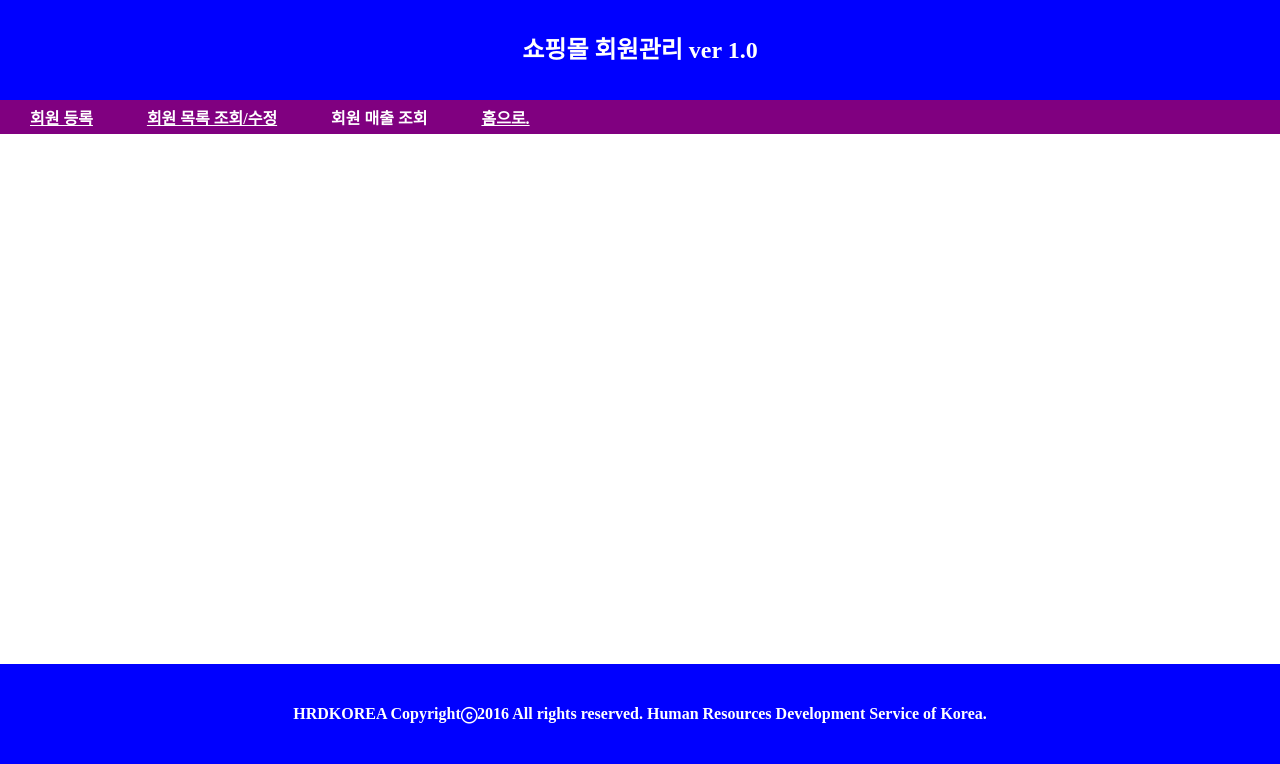
Repository: brightjy/Today-what-I-practiced
Page: http://localhost/HRD_900108/member/memberList.jsp
The author's editor kept a copy of each file at every save. The page is drawn from the files as they stood at one save, then again after the next save.
The browser window is 1280 px wide. The pictures show the whole page.
The page is served by Tomcat 9.

Above is the page before, as saved 2020-05-09 17:13:54.

### hrdkorea_0509/HRD_900108/WebContent/member/memberList.jsp
<%@ page language="java" contentType="text/html; charset=UTF-8"
    pageEncoding="UTF-8"%>
<!DOCTYPE html>
<html>
<head>
<meta charset="UTF-8">
<title>Insert title here</title>
<style>
	caption{
		font-weight:bold;
	}
	td{
		padding:5px 0;
	}
	.lastRow{
		text-align:center;
	}
</style>
</head>
<body>
<jsp:include page="../main/header.jsp"/>
<section>

</section>
<jsp:include page="../main/footer.jsp"/>
</body>
</html>

### hrdkorea_0509/HRD_900108/WebContent/main/header.jsp
<%@ page language="java" contentType="text/html; charset=UTF-8"
    pageEncoding="UTF-8"%>
<!DOCTYPE html>
<html>
<head>
<meta charset="UTF-8">
<title>Insert title here</title>
<style>
	*{
		margin:0 auto;
	}
	header{
		height:100px;
		background-color:blue;
	}
	header h2{
		text-align:center;
		line-height:100px;
		color:white;
	}
	nav{
		background-color:purple;
		padding:5px 0 5px 30px;
	}
	nav a{
		color: white;
		font-weight:bold;
		padding-right:50px;
	}
	section{
		padding: 30px 0 0 20px;
		height:500px;
	}
	section h3{
		text-align:center;
		margin-bottom:20px;
	}
	footer{
		height:100px;
		background-color:blue;
	}
	footer h4{
		text-align:center;
		line-height:100px;
		color:white;
	}
</style>
</head>
<body>
	<header>
		<h2>쇼핑몰 회원관리 ver 1.0</h2>
	</header>
	<nav>
		<a href="memberReigsterView.do">회원 등록</a>
		<a href="memberList.do">회원 목록 조회/수정</a>
		<a>회원 매출 조회</a>
		<a href="main.do">홈으로.</a>
	</nav>
</body>
</html>

### hrdkorea_0509/HRD_900108/WebContent/main/footer.jsp
<%@ page language="java" contentType="text/html; charset=UTF-8"
    pageEncoding="UTF-8"%>
<!DOCTYPE html>
<html>
<head>
<meta charset="UTF-8">
<title>Insert title here</title>
<style>
	*{
		margin:0 auto;
	}
	header{
		height:100px;
		background-color:blue;
	}
	header h2{
		text-align:center;
		line-height:100px;
		color:white;
	}
	nav{
		background-color:purple;
		padding:5px 0 5px 30px;
	}
	nav a{
		color: white;
		font-weight:bold;
		padding-right:50px;
	}
	section{
		padding: 30px 0 0 20px;
		height:500px;
	}
	section h3{
		text-align:center;
		margin-bottom:20px;
	}
	footer{
		height:100px;
		background-color:blue;
	}
	footer h4{
		text-align:center;
		line-height:100px;
		color:white;
	}
</style>
</head>
<body>
	<footer>
		<h4>HRDKOREA Copyrightⓒ2016 All rights reserved. Human Resources Development Service of Korea.</h4>
	</footer>
</body>
</html>

After the next save:
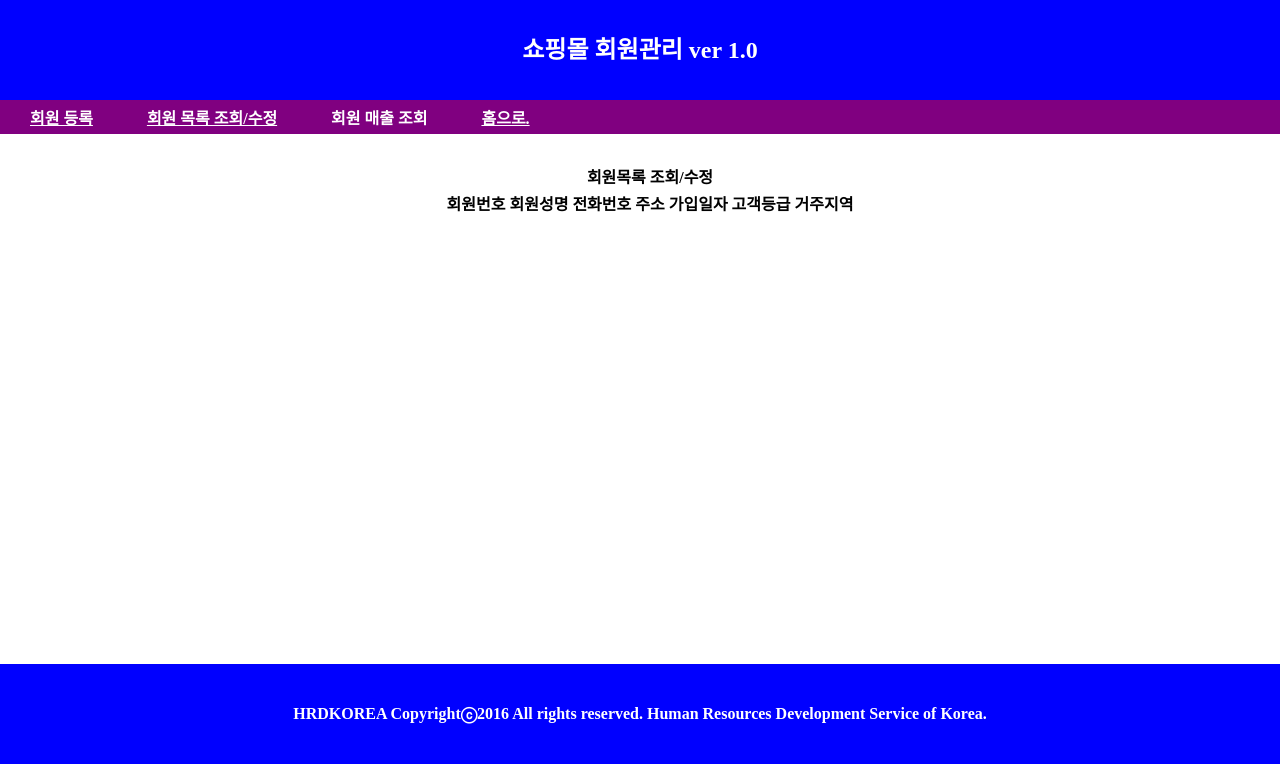
Saved 2 min 29 s later.
--- a/hrdkorea_0509/HRD_900108/WebContent/member/memberList.jsp
+++ b/hrdkorea_0509/HRD_900108/WebContent/member/memberList.jsp
@@ -20,7 +20,32 @@
 <body>
 <jsp:include page="../main/header.jsp"/>
 <section>
-
+	<table>
+		<caption>회원목록 조회/수정</caption>
+		<tr>
+			<th>
+				회원번호
+			</th>
+			<th>
+				회원성명
+			</th>
+			<th>
+				전화번호
+			</th>
+			<th>
+				주소
+			</th>
+			<th>
+				가입일자
+			</th>
+			<th>
+				고객등급
+			</th>
+			<th>
+				거주지역
+			</th>
+		</tr>
+	</table>
 </section>
 <jsp:include page="../main/footer.jsp"/>
 </body>
